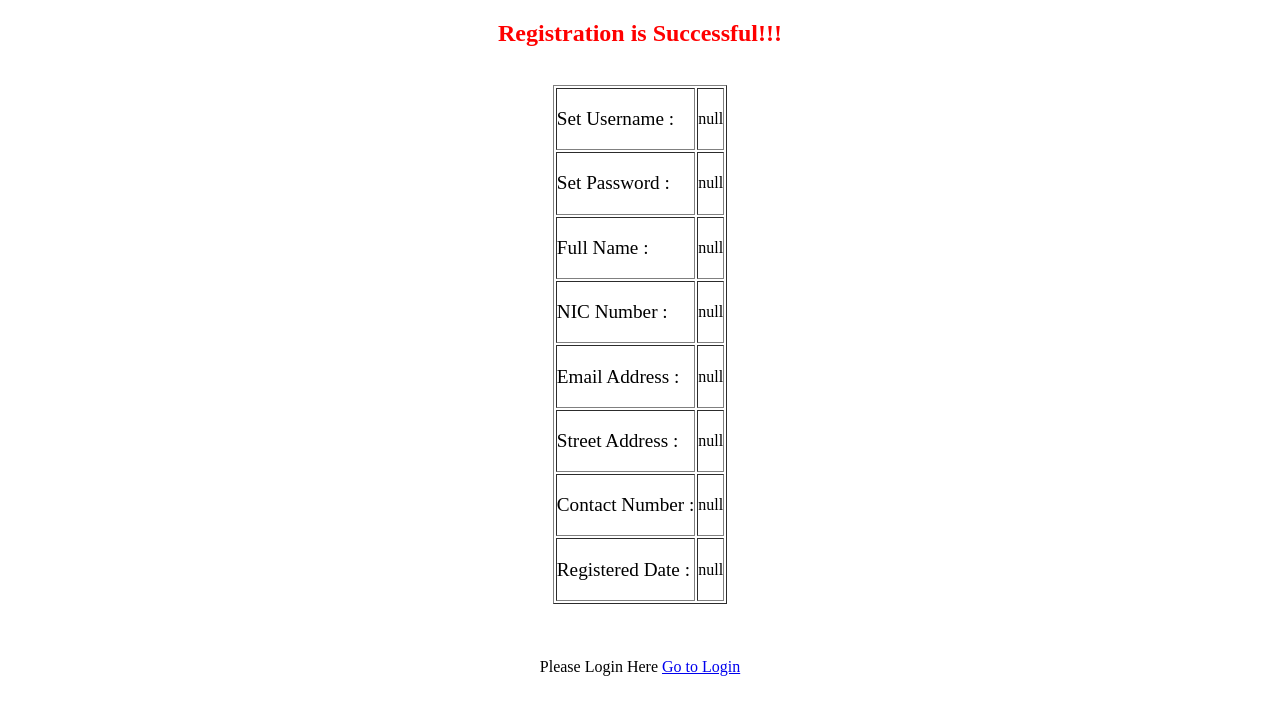
Repository: nirmaniPathiranage/CSSE-Procurement-Management
Page: http://localhost/Item_Management/Welcome.jsp
An editor plug-in stored every save of this project. The page is shown before and after the next save, followed by the edit.
The browser window is 1280 px wide. The pictures show the whole page.
The page is served by Tomcat 9. Other server files are loaded and not shown.

Above is the page before, as saved 2019-09-29 18:15:35.
Console error: SyntaxError: Unexpected token '{'

### Item_Management/WebContent/Welcome.jsp
<%@ page language="java" contentType="text/html; charset=ISO-8859-1"
	pageEncoding="ISO-8859-1"%>
<!DOCTYPE html>
<html>
<head>
<meta http-equiv="Content-Type" content="text/html; charset=ISO-8859-1">
<title>Welcome Registration</title>
<script>
body{

	background:url('back.jpg');
	background-size: cover;
}
</script>
</head>
<body>
	<h2>
		<center>
			<font color="red">Registration is Successful!!!</font>
		</center>
	</h2>
	<br>
	<%
		String userName = request.getParameter("username");
		String passWord = request.getParameter("password");
		String fullName = request.getParameter("fullname");
		String NICno = request.getParameter("nicno");
		String emailAddress = request.getParameter("emailaddress");
		String streetAddress = request.getParameter("streetaddress");
		String contactNo = request.getParameter("contactno");
		String regDate = request.getParameter("regdate");
	%>
	<table id="nat" align="center" border="1" cellpadding="0" style:width="50%">
		<tr height="0px">
			<td><p style="font-size: larger">Set Username  : </td>
			<td><%=userName%></td>
		</tr>
		<tr height="0px">
			<td><p style="font-size: larger">Set Password  : </td>
			<td><%=passWord%></td>
		</tr>
		<tr height="0px">
			<td><p style="font-size: larger">Full Name  : </td>
			<td><%=fullName%></td>
		</tr>
		<tr height="0px">
			<td><p style="font-size: larger">NIC Number  : </td>
			<td><%=NICno%></td>
		</tr>
		<tr height="0px">
			<td><p style="font-size: larger">Email Address  : </td>
			<td><%=emailAddress%></td>
		</tr>
		<tr height="0px">
			<td><p style="font-size: larger">Street Address  : </td>
			<td><%=streetAddress%></td>
		</tr>
		<tr height="0px">
			<td><p style="font-size: larger">Contact Number  : </td>
			<td><%=contactNo%></td>
		</tr>
		<tr height="0px">
			<td><p style="font-size: larger">Registered Date  : </td>
			<td><%=regDate%></td>
		</tr>
	</table>
	<br>
	<br>
	<br><center>Please Login Here
	<a href='Login.jsp'>Go to Login</a></center>
</body>
</html>

After the next save:
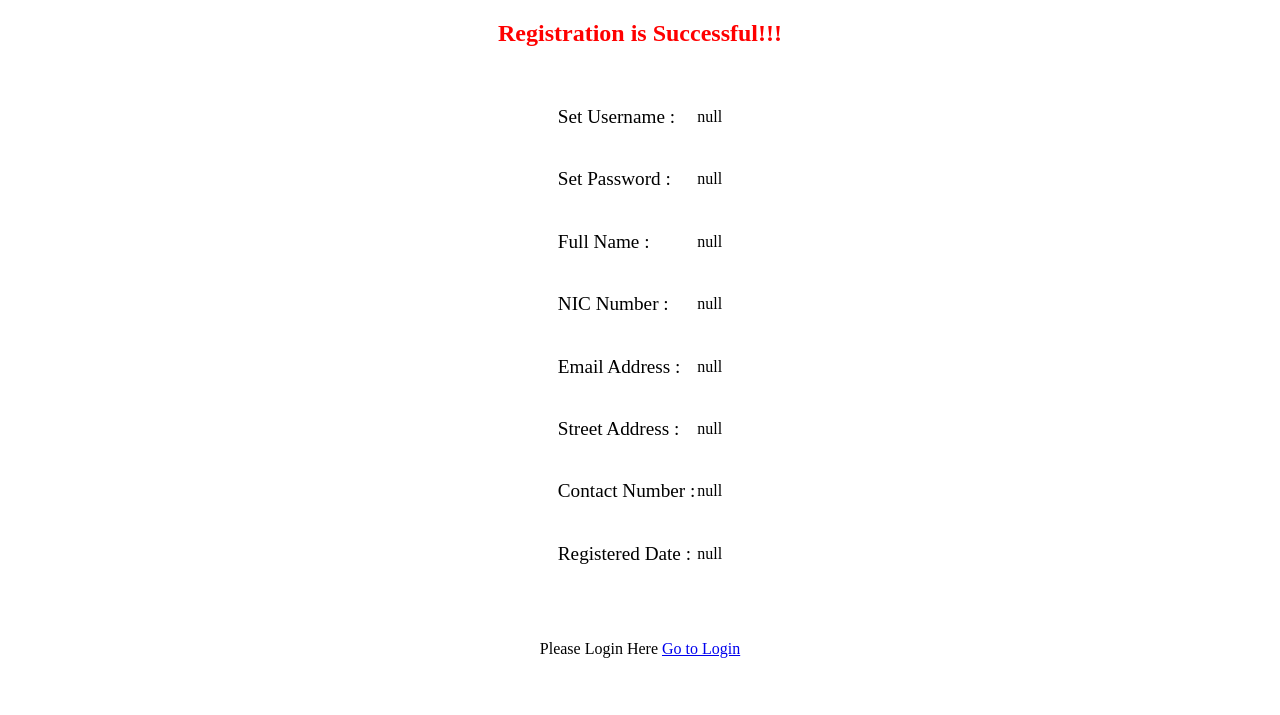
Saved 18 s later.
--- a/Item_Management/WebContent/Welcome.jsp
+++ b/Item_Management/WebContent/Welcome.jsp
@@ -30,7 +30,7 @@ body{
 		String contactNo = request.getParameter("contactno");
 		String regDate = request.getParameter("regdate");
 	%>
-	<table id="nat" align="center" border="1" cellpadding="0" style:width="50%">
+	<table id="nat" align="center" border="0" cellpadding="0" style:width="50%">
 		<tr height="0px">
 			<td><p style="font-size: larger">Set Username  : </td>
 			<td><%=userName%></td>
